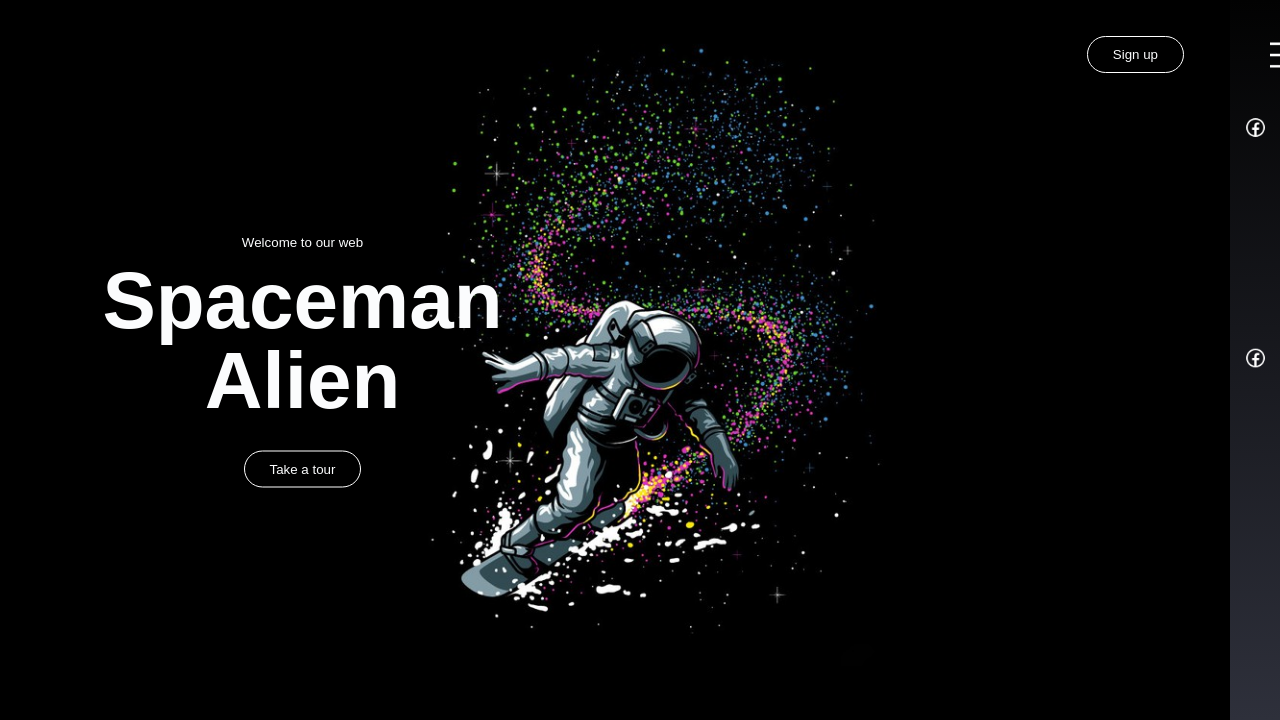
Repository: 70y-ali/branding_
Page: /
These files come from the project's save history. The page is drawn as it stood at one moment and after the next save; the edit follows.
The browser window is 1280 px wide. The pictures show the whole page.
The project was rebuilt for these pictures with package versions that can differ from the ones it lists, and the page was loaded fresh each time. A package was used in the major version that the imports need, not the one package.json lists.

Above is the page before, as saved 2020-12-29 15:45:18.

After the next save:
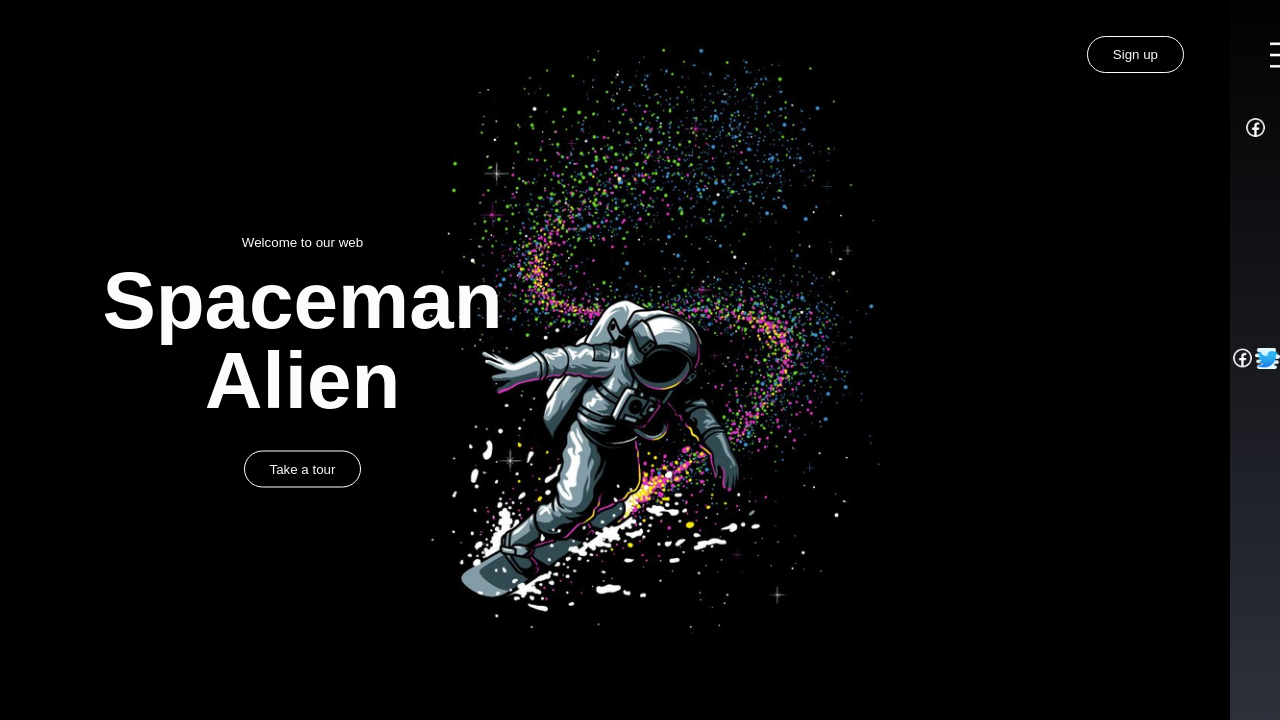
Saved 113 s later.
--- a/src/components/Home/index.js
+++ b/src/components/Home/index.js
@@ -3,7 +3,7 @@
 import menu from '../assets/menu.png';
 import fb from '../assets/facebook.png';
 // import instagram from '../assets/instagram.jpg';
-// import twitter from '../assets/twitter.jpg';
+import twitter from '../assets/twitter.png';
 import '../../App.css'
 class Main extends Component {
     render() {
@@ -24,8 +24,8 @@
                         <img src={menu} className="menu"/>
                         <div className="social-links">
                             <img src={fb}/>
-                            {/* <img src={instagram}/>
-                            <img src={twitter}/> */}
+                            {/* <img src={instagram}/> */}
+                            <img src={twitter}/>
                         </div>
                         <div className="useful-links">
                             <img src={fb}/>
